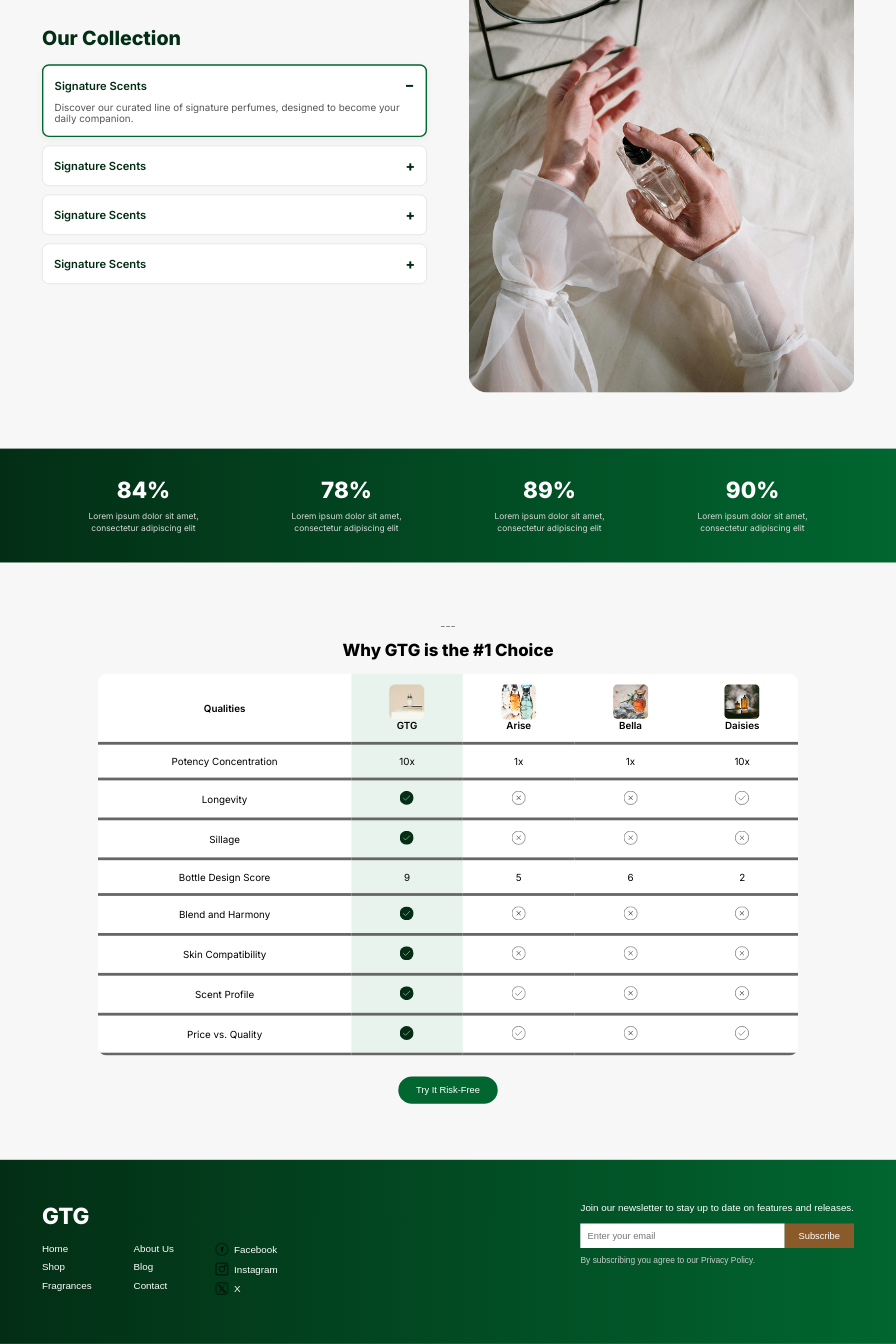
Repository: Prakashadavi/Assignment
Page: index.html
These files come from the project's save history. The page is drawn as it stood at one moment and after the next save; the edit follows.
The browser window is 1280 px wide. The pictures show the part of the page from y = 2247 to 4167 px (the page is 4167 px tall before and 4140 px after), at 70% of full size.
A picture or video elsewhere on the page could not be fetched, so the positions and the page height are approximate. Some web fonts or font styles are not loaded; a fallback is used.

Above is the page before, as saved 2026-03-26 12:04:09.

After the next save:
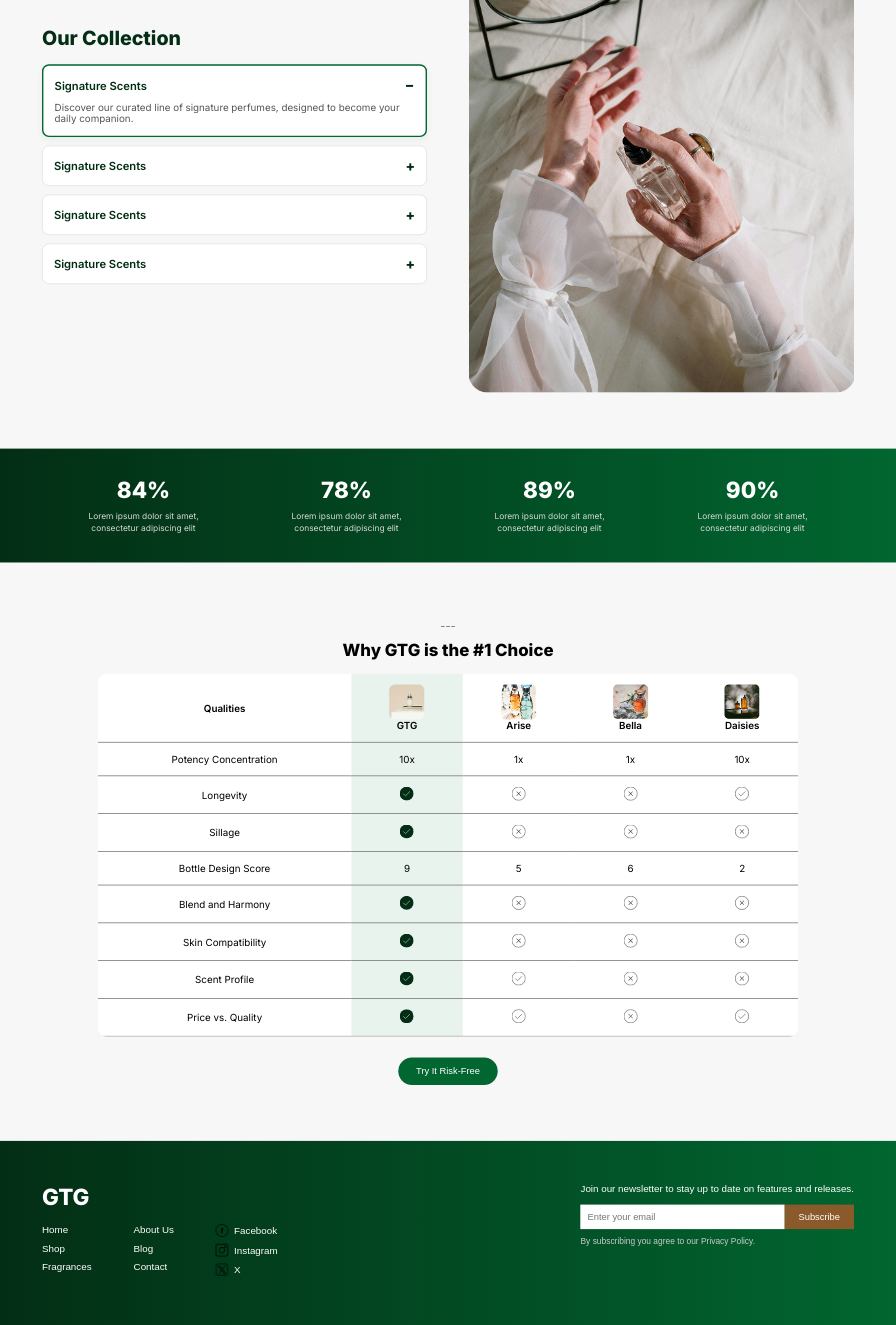
Saved 26 s later.
--- a/style.css
+++ b/style.css
@@ -661,7 +661,7 @@ input[type="radio"]{
 
 .compare-table th,
 .compare-table td{
-  border-bottom:4px solid #666;
+  border-bottom:1px solid #666;
   padding:15px;
   font-size:14px;
   text-align:center;
